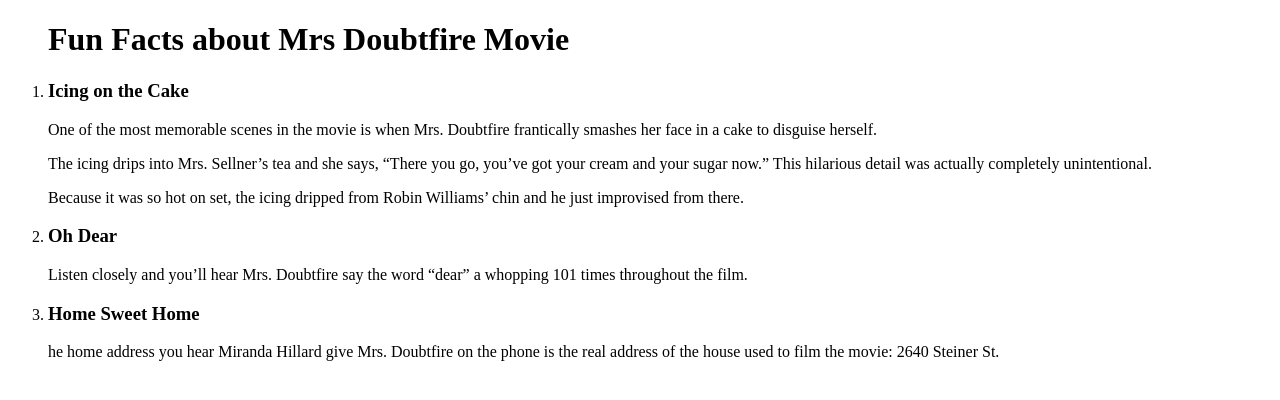
Repository: ItaConnell007/Brainnest-Main-HTML-Project
Page: fun-facts.html
These files come from the project's save history. The page is drawn as it stood at one moment and after the next save; the edit follows.
The browser window is 1280 px wide. The pictures show the whole page.

Above is the page before, as saved 2022-08-16 17:53:37.

### fun-facts.html
<!DOCTYPE html>
<html lang="en">

<head>
    <meta charset="UTF-8">
    <meta http-equiv="X-UA-Compatible" content="IE=edge">
    <meta name="viewport" content="width=device-width, initial-scale=1.0">
    <title>Top Secret</title>
</head>

<body>
    <ol>
        <h1> Fun Facts about Mrs Doubtfire Movie</h1>

        <li>

            <h3>Icing on the Cake</h3>
            One of the most memorable scenes in the movie is when Mrs. Doubtfire frantically smashes her face in a cake
            to
            disguise herself.

            <p> The icing drips into Mrs. Sellner’s tea and she says, “There you go, you’ve got your cream and your
                sugar now.”
                This hilarious detail was actually completely unintentional. </p>

            <p> Because it was so hot on set, the icing dripped from Robin Williams’ chin and he just improvised from
                there.</p>

        </li>


        <li>
            <h3>Oh Dear</h3>
            <p>Listen closely and you’ll hear Mrs. Doubtfire say the word “dear” a whopping 101 times throughout the
                film.</p>

     <li>

        <h3>Home Sweet Home</h3>
        <p>he home address you hear Miranda Hillard give Mrs. Doubtfire on the phone is the real address of the house used to film the movie: 2640 Steiner St.</p>
     </li>



    </ol>








</body>

</html>

After the next save:
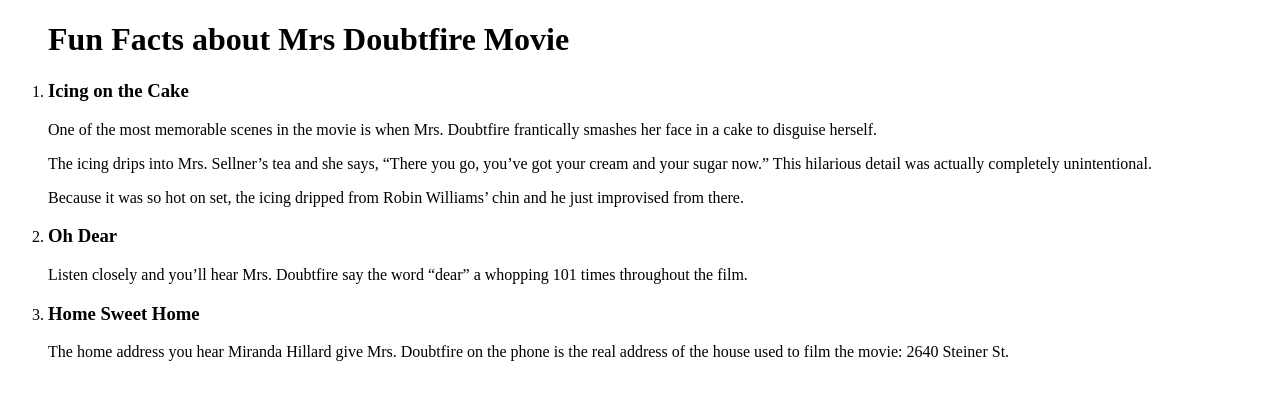
Saved 18 s later.
--- a/fun-facts.html
+++ b/fun-facts.html
@@ -37,7 +37,7 @@
      <li>
 
         <h3>Home Sweet Home</h3>
-        <p>he home address you hear Miranda Hillard give Mrs. Doubtfire on the phone is the real address of the house used to film the movie: 2640 Steiner St.</p>
+        <p>The home address you hear Miranda Hillard give Mrs. Doubtfire on the phone is the real address of the house used to film the movie: 2640 Steiner St.</p>
      </li>
 
 
